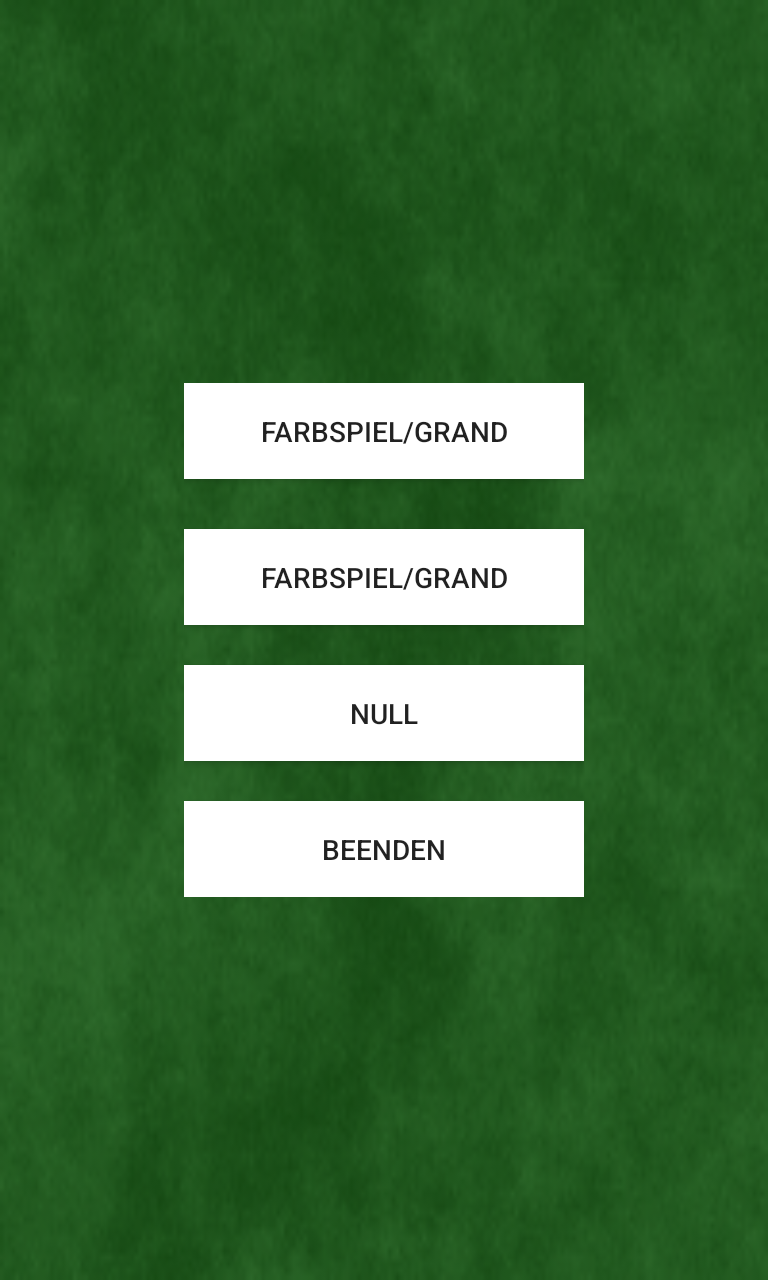
Repository: razinanu/InSy-Skat
Layout: InSy-Skat/res/layout/fragment_main.xml
The author's editor kept a copy of each file at every save. The layout is drawn from the files as they stood at one save, then again after the next save.
It is drawn on a 768 x 1280 px phone screen (xhdpi) without system bars, with theme AppThemeWithoutActionBarTitle; the app's code is not run.

Above is the layout before, as saved 2014-06-21 18:07:32.

### InSy-Skat/res/layout/fragment_main.xml
<FrameLayout xmlns:android="http://schemas.android.com/apk/res/android"
    xmlns:tools="http://schemas.android.com/tools"
    android:layout_width="match_parent"
    android:layout_height="match_parent"
    android:paddingBottom="@dimen/activity_vertical_margin"
    android:paddingLeft="@dimen/activity_horizontal_margin"
    android:paddingRight="@dimen/activity_horizontal_margin"
    android:paddingTop="@dimen/activity_vertical_margin"
    tools:context="com.example.insy_skat.MainActivity$PlaceholderFragment"
     android:background="@drawable/hintergrundapp"

     >

     <LinearLayout
        android:layout_width="200dp"
        android:layout_height="wrap_content"
        android:orientation="vertical"
        android:layout_gravity="center" >

        <Button
            android:id="@+id/farbGrandGameButton"
            android:layout_width="match_parent"
            android:layout_height="wrap_content"
            android:gravity="center"
            android:text="@string/farbspielGrand"
            android:onClick="selectSoldiersActivity"
            android:background="#ffffff" />

        <Button
            android:id="@+id/farbGrandGameButton"
            android:layout_width="match_parent"
            android:layout_height="wrap_content"
            android:layout_marginTop="25dp"
             android:gravity="center"
            android:text="@string/farbspielGrand"
            android:onClick="selectSoldiersActivity"
            android:background="#ffffff" />

        <Button
            android:id="@+id/nullGameButton"
            android:layout_width="match_parent"
            android:layout_height="wrap_content"
            android:layout_marginTop="20dp"
            android:gravity="center"
            android:text="@string/nullString"
            android:background="#ffffff"/>

        <Button
            android:id="@+id/exiteButton"
            android:layout_width="match_parent"
            android:layout_height="wrap_content"
            android:layout_marginTop="20dp"
             android:gravity="center"
            android:text="@string/abbrechen"
            android:background="#ffffff"/>



    </LinearLayout>

</FrameLayout>

### InSy-Skat/res/values/strings.xml
<?xml version="1.0" encoding="utf-8"?>
<resources>

    <string name="app_name">Reizassistent</string>
    <string name="action_settings">Settings</string>
    <string name="zurueck">Zurück</string>
    <string name="weiter">Weiter</string>
    <string name="menue">Menü</string>
    <string name="abbrechen">Beenden</string>
    <string name="farbspielGrand">Farbspiel/Grand</string>
    <string name="nullString">Null</string>
    <string name="grand">Grand</string>
    <string name="reizassistent">Reizassistent</string>
    <string name="bubenAuswaehlen">Buben Auswählen</string>
    <string name="farbenAuswahl">Farben Auswählen</string>
    <string name="reizenTabelle">Reiztabelle</string>
    <string name="title_activity_selected_soldiers">SelectedSoldiers</string>
    <string name="title_activity_farben_auswahl">FarbenAuswahl</string>
    <string name="title_activity_result">ResultActivity</string>
    <string name="info_title">Zusätzliche Informationen</string>
    <string name="home_title">Hauptmenü</string>
    <string name="title_activity_null_sp">NullSPActivity</string>
    <string name="hello_world">Hello world!</string>

</resources>

Loaded but not shown: InSy-Skat/res/values-v11/styles.xml (common file); InSy-Skat/res/values/styles.xml (common file); InSy-Skat/res/values-v14/styles.xml (common file); InSy-Skat/res/values/dimens.xml (common file); InSy-Skat/res/values-w820dp/dimens.xml (common file)

After the next save:
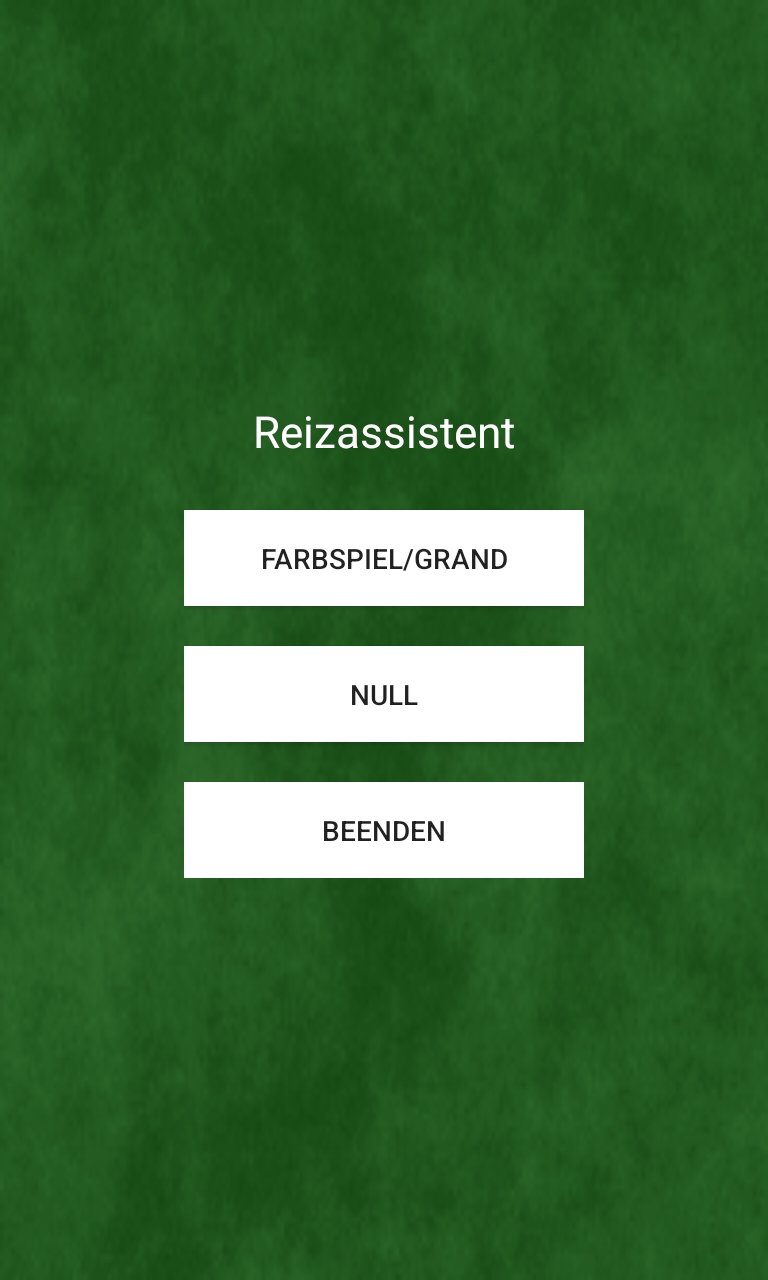
Saved 32 s later.
--- a/InSy-Skat/res/layout/fragment_main.xml
+++ b/InSy-Skat/res/layout/fragment_main.xml
@@ -14,17 +14,17 @@
      <LinearLayout
         android:layout_width="200dp"
         android:layout_height="wrap_content"
+
         android:orientation="vertical"
         android:layout_gravity="center" >
-
-        <Button
-            android:id="@+id/farbGrandGameButton"
+          <TextView
+            android:id="@+id/textmenu"
             android:layout_width="match_parent"
             android:layout_height="wrap_content"
             android:gravity="center"
-            android:text="@string/farbspielGrand"
-            android:onClick="selectSoldiersActivity"
-            android:background="#ffffff" />
+            android:text="@string/reizassistent"
+            android:textAppearance="?android:attr/textAppearanceLarge"
+            android:textColor="#ffffff" />
 
         <Button
             android:id="@+id/farbGrandGameButton"
